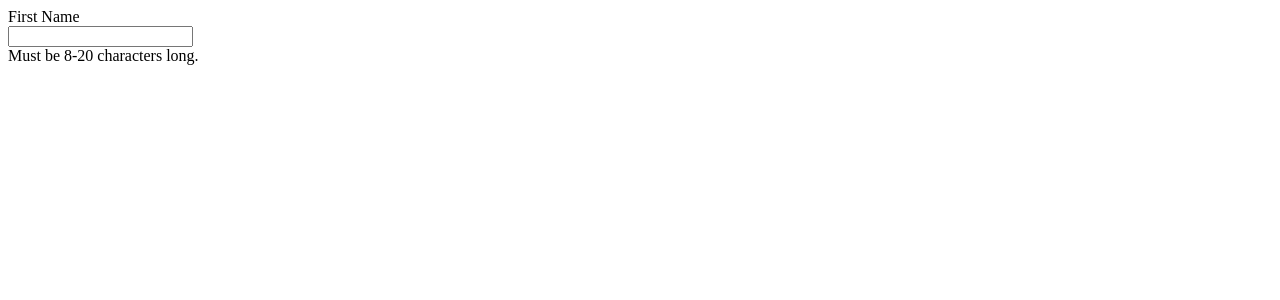
Repository: acciojob/bootstrap-form-easy-vandanayadav15
Page: main.html
An editor plug-in stored every save of this project. The page is shown before and after a run of saves, followed by the edit.
The browser window is 1280 px wide. The pictures show the whole page.

Above is the page before, as saved 2022-10-20 22:57:59.

### main.html
<!DOCTYPE html>

<html>

<head>
	<link rel="stylesheet" href="styles.css">
</head>

<body>
	<!-- the entire body must be written by student -->
	<div class="row g-3 align-items-center">
		<div class="col-auto">
			<label for="inputPassword6" class="col-form-label">First Name</label>
		</div>
		<div class="col-auto">
			<input type="text" id="first-name" class="form-control" aria-describedby="passwordHelpInline">
		</div>
		<div class="col-auto">
			<span id="passwordHelpInline" class="form-text">
				Must be 8-20 characters long.
			</span>
		</div>
	</div>
    <script type="text/javascript" src="./script.js">
</script>

</body>

</html>

### styles.css

/* Your CSS Code here. */

Loaded but not shown: script.js (common file)

After the next 3 saves:
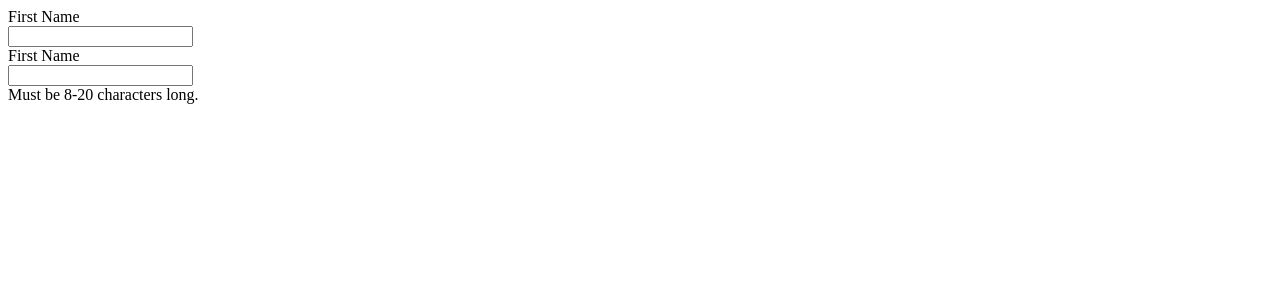
The 3 saves are shown as one change because they came seconds apart.
The last was saved 10 min 30 s later.
--- a/main.html
+++ b/main.html
@@ -16,6 +16,13 @@
 			<input type="text" id="first-name" class="form-control" aria-describedby="passwordHelpInline">
 		</div>
 		<div class="col-auto">
+			<label for="inputPassword6" class="col-form-label">First Name</label>
+		</div>
+		<div class="col-auto">
+			<input type="text" id="first-name" class="form-control" aria-describedby="passwordHelpInline">
+		</div>
+
+		<div class="col-auto">
 			<span id="passwordHelpInline" class="form-text">
 				Must be 8-20 characters long.
 			</span>
